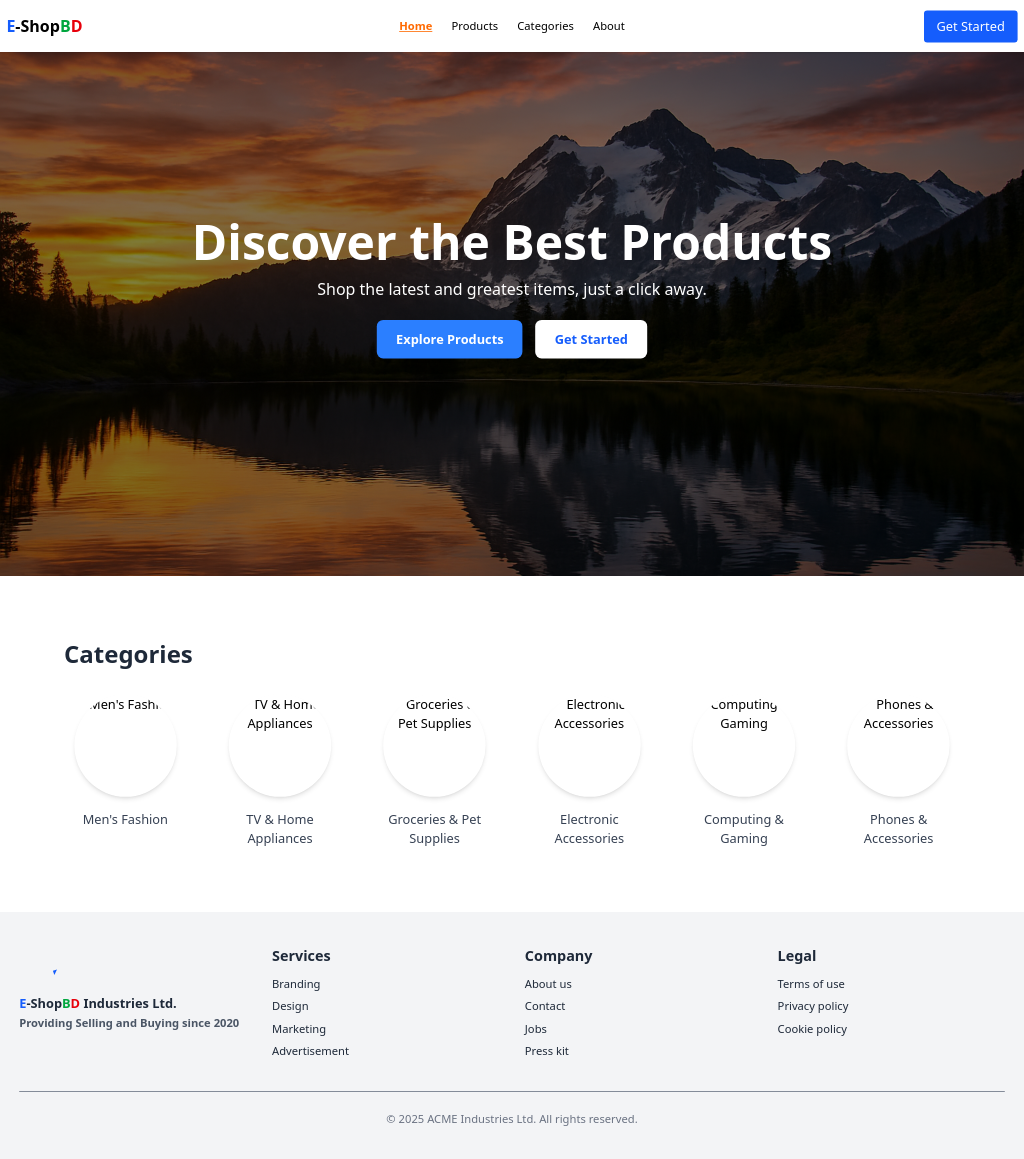
Repository: syedbayzid82849/E-shopBD
Page: /
An editor plug-in stored every save of this project. The page is shown before and after a run of saves, followed by the edit.
The browser window is 1280 px wide. The pictures show the whole page, at 80% of full size.
Pictures or frames that could not be fetched are drawn as grey boxes. The project was rebuilt for these pictures with package versions that can differ from the ones it lists, and the page was loaded fresh each time. The framework's server and built-in components were replaced by stand-ins that run in the browser. Also part of the build but not shown: next.config.mjs, src/app/page.module.css, src/app/layouts/page.js.

Above is the page before, as saved 2025-08-22 11:30:01.

### src/app/layout.js
import { Geist, Geist_Mono } from "next/font/google";
import "./globals.css";
import Navbar from "./components/Navbar";
import Footer from "./components/Footer";

const geistSans = Geist({
  variable: "--font-geist-sans",
  subsets: ["latin"],
});

const geistMono = Geist_Mono({
  variable: "--font-geist-mono",
  subsets: ["latin"],
});

export const metadata = {
  title: "Create Next App",
  description: "Generated by create next app",
};

export default function RootLayout({ children }) {
  return (
    <html lang="en">
      <body className={`${geistSans.variable} ${geistMono.variable}`}>
        <nav>
          <Navbar></Navbar>
        </nav>
      <main className=" ">
        {children}
      </main>
      <footer>
        <Footer></Footer>
      </footer>
      </body>
    </html>
  );
}

### src/app/page.js
import Image from "next/image";
import styles from "./page.module.css";
import Layout from "./layouts/page";
import Navbar from "./components/Navbar";
import Hero from "./components/HeroSection";
import Categories from "./categories/page";

export default function Home() {
  return (
    <div className=''>
      <Hero></Hero>
      <Categories></Categories>
    </div>
  );
}

### src/app/globals.css
@import "tailwindcss";

@plugin "daisyui" {
    themes: light;
}

### src/app/components/Navbar.jsx
"use client";
import { useState } from "react";
import Link from "next/link";
import { usePathname } from "next/navigation";

export default function Navbar() {
    const [isOpen, setIsOpen] = useState(false);
    const pathname = usePathname();

    const isActive = (path) =>
        pathname === path
            ? "underline text-orange-500 font-semibold"
            : "";

    const navMenu = () => {
        return (
            <>
                <li>
                    <Link href="/" className={isActive("/")}>
                        Home
                    </Link>
                </li>
                <li>
                    <Link href="/products" className={isActive("/products")}>
                        Products
                    </Link>
                </li>
                <li>
                    <Link href="/categories" className={isActive("/categories")}>
                        Categories
                    </Link>
                </li>
                <li>
                    <Link href="/about" className={isActive("/about")}>
                        About
                    </Link>
                </li>
            </>
        );
    };


    return (
        <div className="navbar bg-white shadow-sm fixed z-50">
            <div className="navbar-start">
                <div className="dropdown ">
                    <div tabIndex={0} role="button" className="btn btn-ghost lg:hidden">
                        <svg xmlns="http://www.w3.org/2000/svg" className="h-5 w-5" fill="none" viewBox="0 0 24 24" stroke="currentColor"> <path strokeLinecap="round" strokeLinejoin="round" strokeWidth="2" d="M4 6h16M4 12h8m-8 6h16" /> </svg>
                    </div>
                    <ul
                        tabIndex={0}
                        className="dropdown-content bg-white rounded z-50 mt-3 w-52 p-2 shadow"
                    >
                        {navMenu()}
                    </ul>
                </div>
                <a className=" text-xl font-bold">
                    <span className="text-blue-600">E</span>
                    <span>-Shop</span>
                    <span className="text-green-600">B</span>
                    <span className="text-red-600">D</span></a>
            </div>
            <div className="navbar-center hidden lg:flex">
                <ul className="menu menu-horizontal px-1">
                    {navMenu()}
                </ul>
            </div>
            <div className="navbar-end">
                <Link
                    href="/login"
                    className="bg-blue-600 text-white px-4 py-2 rounded hover:bg-blue-700"
                >
                    Get Started
                </Link>
            </div>
        </div>
    );
}

### src/app/components/Footer.jsx
import React from 'react'

export default function Footer() {
    return (
        <>
            <footer className="bg-gray-100 text-gray-800 py-10 px-6">
                <div className="max-w-7xl mx-auto grid grid-cols-1 sm:grid-cols-2 md:grid-cols-4 gap-8">

                    {/* Logo & About */}
                    <div>
                        <svg
                            width="50"
                            height="50"
                            viewBox="0 0 24 24"
                            xmlns="http://www.w3.org/2000/svg"
                            className="fill-current text-blue-600 mb-3"
                        >
                            <path d="M22.672 15.226l-2.432.811.841 2.515c..."></path>
                        </svg>
                        <p className="font-semibold">
                            <span className="text-blue-600">E</span>
                            <span>-Shop</span>
                            <span className="text-green-600">B</span>
                            <span className="text-red-600">D</span> Industries Ltd. <br />
                            <span className="text-sm text-gray-600">
                                Providing Selling and Buying since 2020
                            </span>
                        </p>
                    </div>

                    {/* Services */}
                    <div>
                        <h6 className="text-lg font-bold mb-3">Services</h6>
                        <ul className="space-y-2 text-sm">
                            <li><a href="#" className="hover:text-blue-600">Branding</a></li>
                            <li><a href="#" className="hover:text-blue-600">Design</a></li>
                            <li><a href="#" className="hover:text-blue-600">Marketing</a></li>
                            <li><a href="#" className="hover:text-blue-600">Advertisement</a></li>
                        </ul>
                    </div>

                    {/* Company */}
                    <div>
                        <h6 className="text-lg font-bold mb-3">Company</h6>
                        <ul className="space-y-2 text-sm">
                            <li><a href="#" className="hover:text-blue-600">About us</a></li>
                            <li><a href="#" className="hover:text-blue-600">Contact</a></li>
                            <li><a href="#" className="hover:text-blue-600">Jobs</a></li>
                            <li><a href="#" className="hover:text-blue-600">Press kit</a></li>
                        </ul>
                    </div>

                    {/* Legal */}
                    <div>
                        <h6 className="text-lg font-bold mb-3">Legal</h6>
                        <ul className="space-y-2 text-sm">
                            <li><a href="#" className="hover:text-blue-600">Terms of use</a></li>
                            <li><a href="#" className="hover:text-blue-600">Privacy policy</a></li>
                            <li><a href="#" className="hover:text-blue-600">Cookie policy</a></li>
                        </ul>
                    </div>
                </div>

                {/* Bottom section */}
                <div className="mt-10 border-t pt-6 text-center text-sm text-gray-500">
                    © {new Date().getFullYear()} ACME Industries Ltd. All rights reserved.
                </div>
            </footer></>
    )
}

### src/app/components/HeroSection.jsx
import Link from "next/link";
import heroBg from '../../../public/assets/bg-hero.png'

export default function Hero() {
    return (
        <section
            className="relative h-screen max-h-[775px] bg-cover bg-center flex items-center justify-center"
            style={{ backgroundImage: "url('/assets/bg-hero.png')" }}
        >
            {/* Overlay for dark effect */}
            <div className="absolute inset-0 bg-black/50"></div>

            {/* Content */}
            <div className="relative z-10 text-center text-white px-4">
                <h1 className="text-4xl md:text-6xl font-bold mb-4">
                    Discover the Best Products
                </h1>
                <p className="text-lg md:text-xl mb-6">
                    Shop the latest and greatest items, just a click away.
                </p>
                <div className="flex justify-center gap-4">
                    <Link
                        href="/products"
                        className="bg-blue-500 hover:bg-blue-600 px-6 py-3 rounded-lg font-semibold shadow-lg transition"
                    >
                        Explore Products
                    </Link>
                    <Link
                        href="/login"
                        className="bg-white text-blue-600 hover:bg-gray-100 px-6 py-3 rounded-lg font-semibold shadow-lg transition"
                    >
                        Get Started
                    </Link>
                </div>
            </div>
        </section>
    );
}

### src/app/categories/page.jsx
import React from 'react';
import catDef from '../../../public/assets/bg-hero.png';

// products.json ফাইল থেকে ডেটা ইম্পোর্ট করা হচ্ছে।
// এই ফাইলটি আপনার প্রজেক্টে থাকা উচিত।
// তবে, এই ডেমো কোডে, আমরা JSON ডেটাকে সরাসরি একটি ভেরিয়েবলে ব্যবহার করছি।
const productsData = [

  { "category": "Men's Fashion", "thumbnail": "https://imrs.cartup.com/api/v1/image-resize?imageUrl=https://sl-dev-s3.s3.amazonaws.com/admin/resources/alt-men-s-fashion-1739454090154.png&width=180" },
  { "category": "TV & Home Appliances", "thumbnail": "https://images.unsplash.com/photo-1571176288869-703348c4547c?ixlib=rb-1.2.1&auto=format&fit=crop" },
  { "category": "Groceries & Pet Supplies", "thumbnail": "https://images.unsplash.com/photo-1542838132-92c90c33a92b?ixlib=rb-1.2.1&auto=format&fit=crop" },
  { "category": "Electronic Accessories", "thumbnail": "https://images.unsplash.com/photo-1550529555-ff3d0859c836?ixlib=rb-1.2.1&auto=format&fit=crop" },
  { "category": "Computing & Gaming", "thumbnail": "https://images.unsplash.com/photo-1587829744585-780c103986c7?ixlib=rb-1.2.1&auto=format&fit=crop" },
  { "category": "Phones & Accessories", "thumbnail": "https://images.unsplash.com/photo-1601701384074-98c9f0a51c4a?ixlib=rb-1.2.1&auto=format&fit=crop" }
];

// এই ফাংশনটি অনন্য ক্যাটাগরিগুলো বের করে
const getUniqueCategories = (data) => {
  const categories = {};
  data.forEach(product => {
    if (!categories[product.category]) {
      categories[product.category] = product.thumbnail;
    }
  });
  return Object.keys(categories).map(key => ({
    name: key,
    image: categories[key]
  }));
};

export default function Categories() {
  const uniqueCategories = getUniqueCategories(productsData);

  return (
    <div className="bg-white p-8 sm:p-12 md:p-16 lg:p-20 font-sans max-w-7xl mx-auto">
      <h2 className="text-xl sm:text-2xl md:text-3xl font-semibold mb-8 text-gray-800">
        Categories
      </h2>

      <div className="grid grid-cols-2 sm:grid-cols-3 md:grid-cols-4 lg:grid-cols-6 gap-6 sm:gap-8 md:gap-10">
        {uniqueCategories.map((category, index) => (
          // প্রতিটি ক্যাটাগরি রেন্ডার করা হচ্ছে।
          <div key={index} className="flex flex-col items-center text-center cursor-pointer group">
            {/* ক্যাটাগরি আইকন ইমেজ */}
            <div className="w-24 h-24 sm:w-28 sm:h-28 md:w-32 md:h-32 rounded-full overflow-hidden mb-2 shadow-md hover:shadow-lg transition-shadow duration-300">
              <img
                src=''
                // src={category.image}
                alt={category.name}
                className="w-full h-full object-cover group-hover:scale-105 transition-transform duration-300"
              />
            </div>

            {/* ক্যাটাগরির নাম */}
            <h3 className="text-sm sm:text-base font-medium text-gray-700 mt-2">
              {category.name}
            </h3>
          </div>
        ))}
      </div>
    </div>
  );
}

After the next 5 saves:
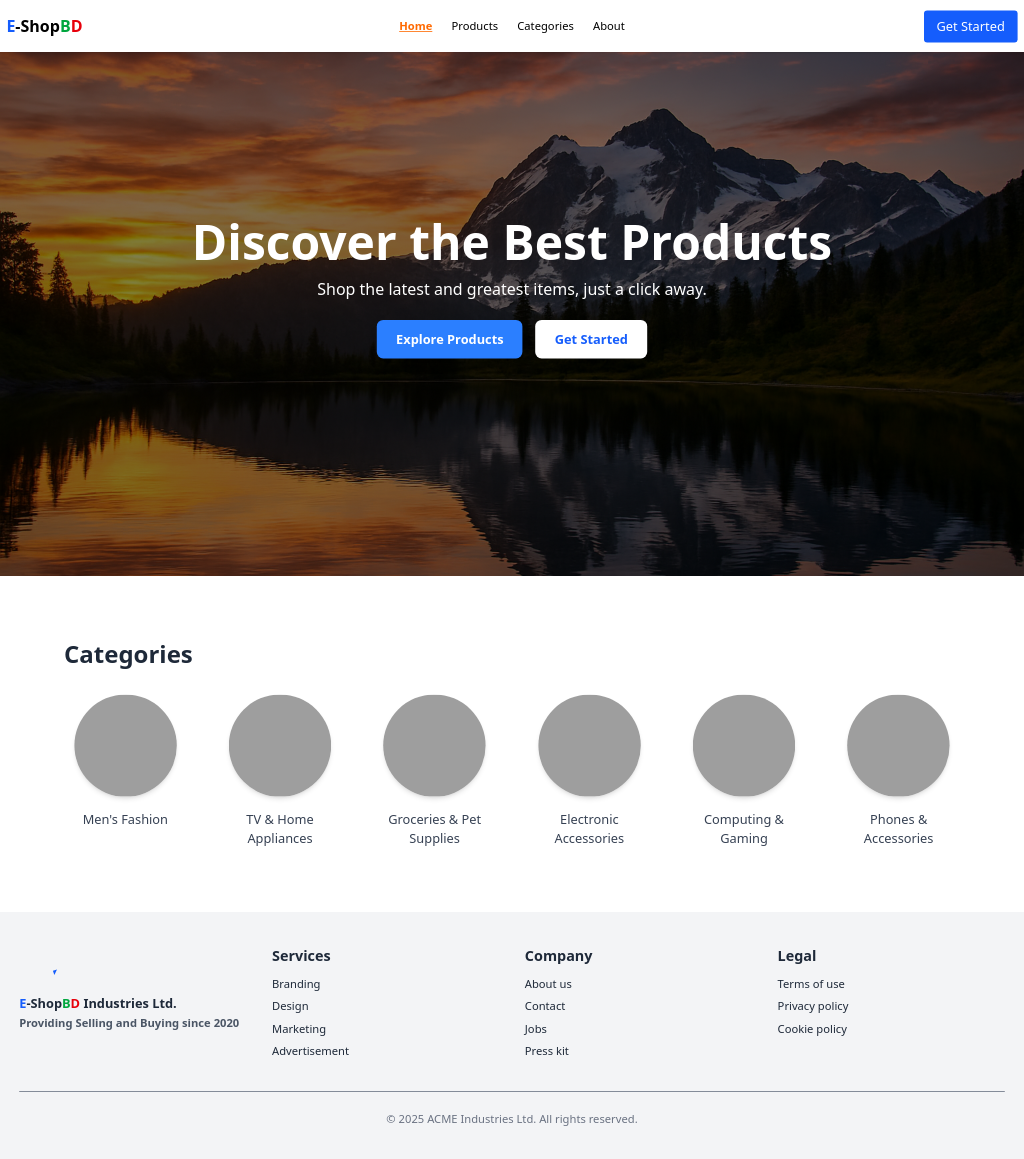
The 5 saves are shown as one change because they came seconds apart.
The last was saved 31 s later.
--- a/src/app/categories/page.jsx
+++ b/src/app/categories/page.jsx
@@ -44,7 +44,7 @@ export default function Categories() {
             {/* ক্যাটাগরি আইকন ইমেজ */}
             <div className="w-24 h-24 sm:w-28 sm:h-28 md:w-32 md:h-32 rounded-full overflow-hidden mb-2 shadow-md hover:shadow-lg transition-shadow duration-300">
               <img
-                src=''
+                src={catDef} // এখানে catDef ব্যবহার করা হচ্ছে, যা ডিফল্ট ইমেজ হিসেবে কাজ করবে
                 // src={category.image}
                 alt={category.name}
                 className="w-full h-full object-cover group-hover:scale-105 transition-transform duration-300"
